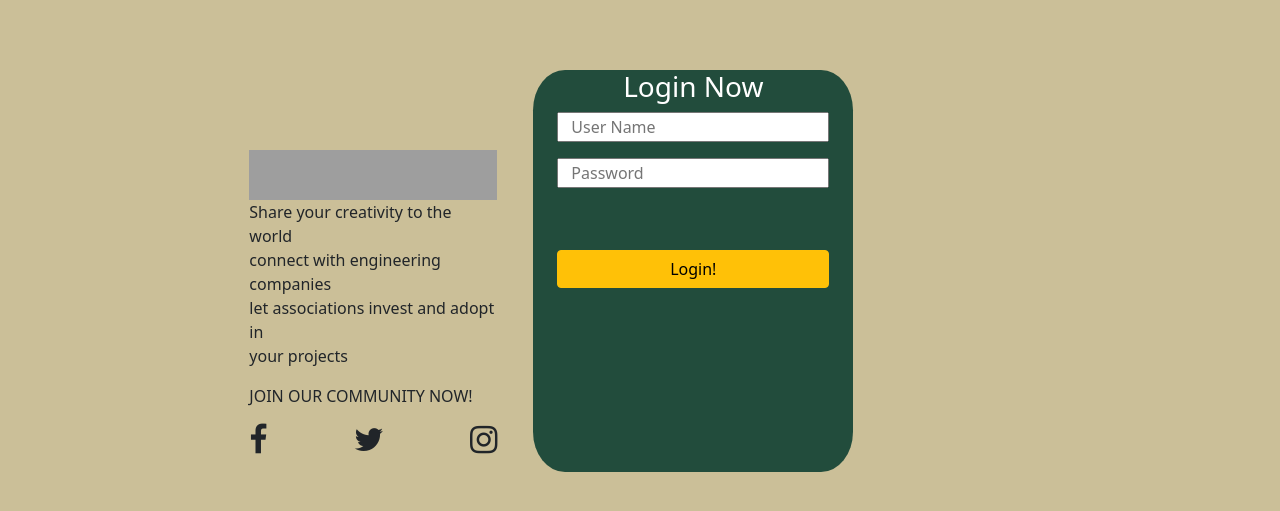
Repository: ahmadjamal-1997/Project-Taqadam
Page: http://localhost/Taqadam/WEB-INF/login.jsp
An editor plug-in stored every save of this project. The page is shown before and after the next save, followed by the edit.
The browser window is 1280 px wide. The pictures show the whole page.
Pictures or frames that could not be fetched are drawn as grey boxes. The page is served by Tomcat 9. Nobody is signed in. The template is opened directly, without the code that normally fills it, so the values that code supplies are empty.

Above is the page before, as saved 2022-03-31 10:28:31.

After the next save:
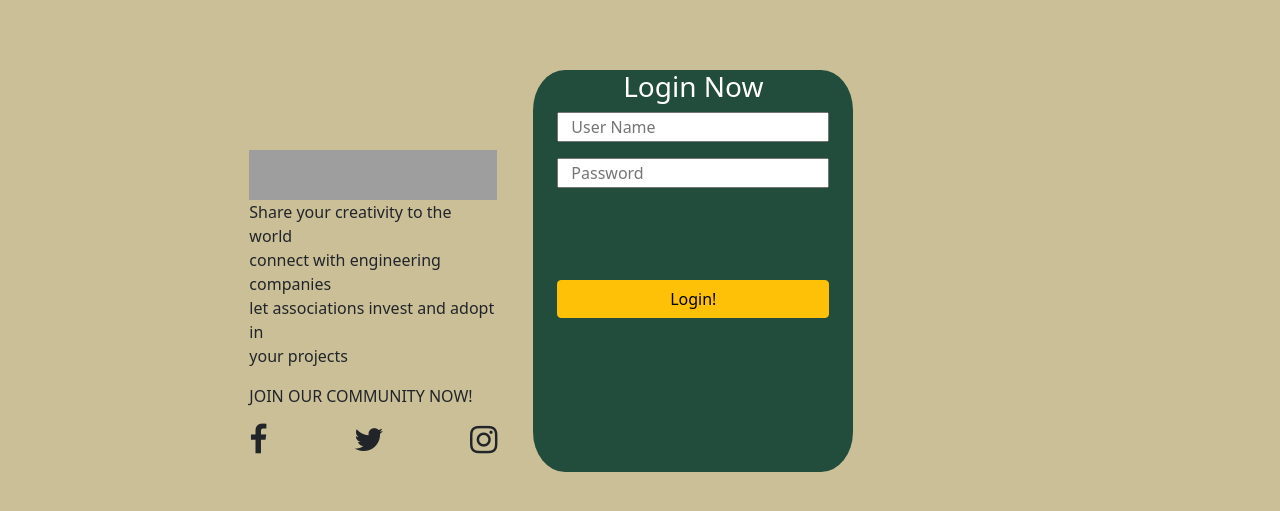
Saved 11 s later.
--- a/Taqadam-new/Taqadam-java/Taqadam-new/Taqadam/src/main/webapp/WEB-INF/login.jsp
+++ b/Taqadam-new/Taqadam-java/Taqadam-new/Taqadam/src/main/webapp/WEB-INF/login.jsp
@@ -61,7 +61,7 @@
             <div class="row mb-3">
             <input type="password" id="password" name="password" placeholder="Password"/>
             </div>
-            <div class="row mb-3" style="height:30px">
+            <div class="row mb-3" style="height:60px">
             </div>
             <div class="row mb-3">
        		 <input type="hidden" name="${_csrf.parameterName}" value="${_csrf.token}"/>
